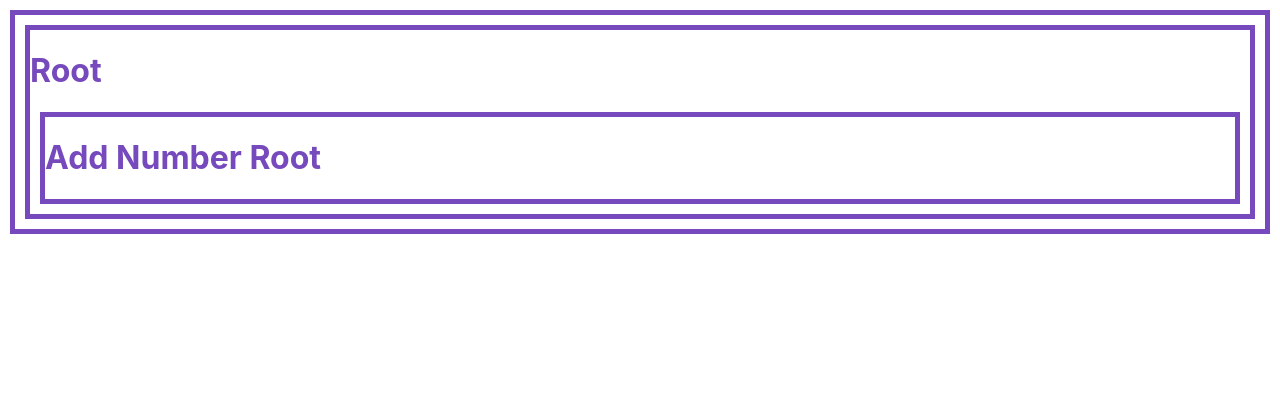
Repository: kyh5270/workspace_react
Page: /
The author's editor kept a copy of each file at every save. The page is drawn from the files as they stood at one save, then again after the next save.
The browser window is 1280 px wide. The pictures show the whole page.
The project was rebuilt for these pictures with package versions that can differ from the ones it lists, and the page was loaded fresh each time.

Above is the page before, as saved 2020-09-15 22:33:27.

After the next save:
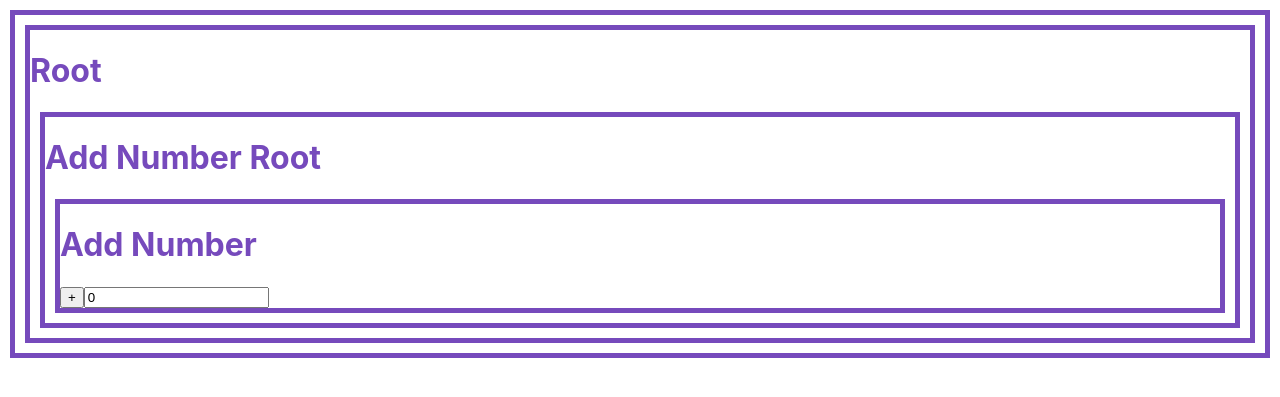
Saved 31 s later.
--- a/src/App.js
+++ b/src/App.js
@@ -19,6 +19,7 @@ class AddNumberRoot extends Component{
     return (
       <div>
         <h1>Add Number Root</h1>
+        <AddNumber></AddNumber>
       </div>
     )
   }
